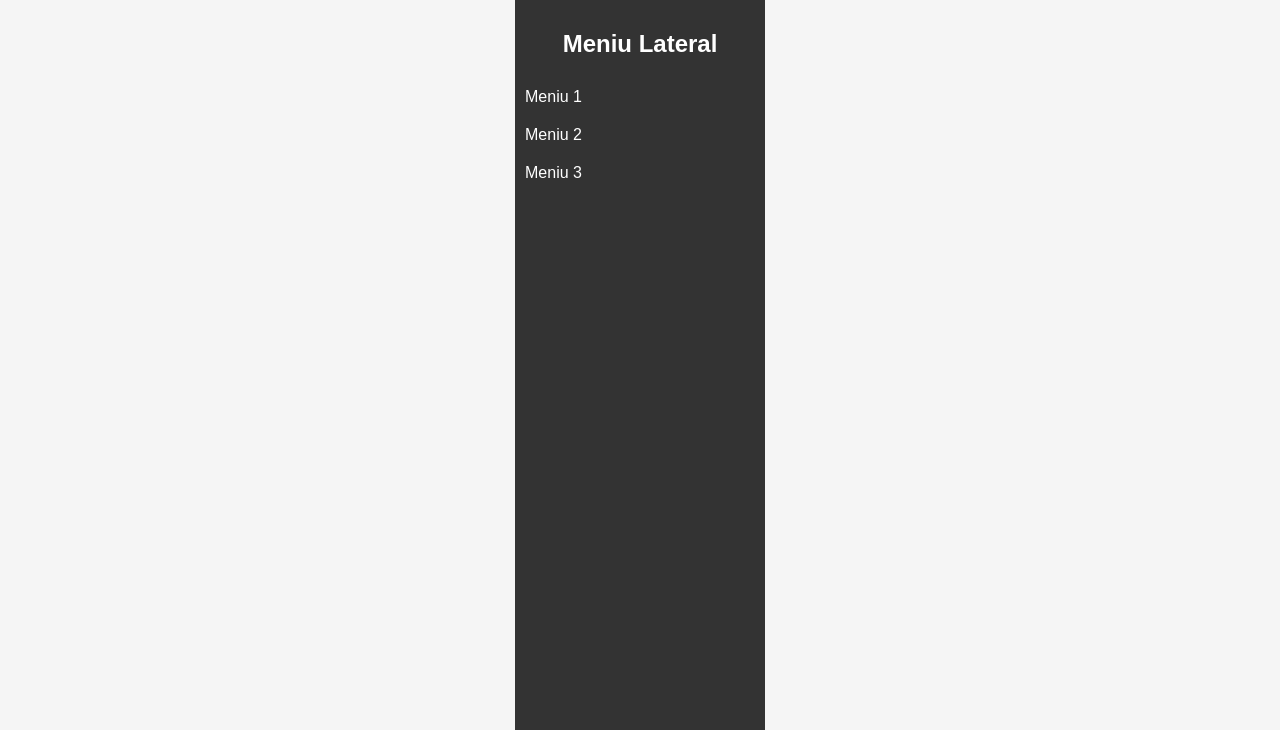
Repository: cipdanila/freeCodeCamp
Page: TechnicalDocumentationPage/test/index.html
The author's editor kept a copy of each file at every save. The page is drawn from the files as they stood at one save, then again after the next save.
The browser window is 1280 px wide. The pictures show the whole page.

Above is the page before, as saved 2023-11-09 16:39:59.

### TechnicalDocumentationPage/test/index.html
<!DOCTYPE html>
<html lang="en">
<head>
    <meta charset="UTF-8">
    <meta name="viewport" content="width=device-width, initial-scale=1.0">
    <title>Meniu Lateral cu Dropdown</title>
    <link rel="stylesheet" href="./style.css">
</head>
<body>
    <nav id="navbar">
        <h2>Meniu Lateral</h2>
        <ul>
            <li><a href="#">Meniu 1</a>
                <ul class="submenu">
                    <li><a href="#">Submeniu 1.1</a></li>
                    <li><a href="#">Submeniu 1.2</a></li>
                    <li><a href="#">Submeniu 1.3</a></li>
                </ul>
            </li>
            <li><a href="#">Meniu 2</a>
                <ul class="submenu">
                    <li><a href="#">Submeniu 2.1</a></li>
                    <li><a href="#">Submeniu 2.2</a></li>
                    <li><a href="#">Submeniu 2.3</a></li>
                </ul>
            </li>
            <li><a href="#">Meniu 3</a>
                <ul class="submenu">
                    <li><a href="#">Submeniu 3.1</a></li>
                    <li><a href="#">Submeniu 3.2</a></li>
                    <li><a href="#">Submeniu 3.3</a></li>
                </ul>
            </li>
        </ul>
    </nav>
</body>
</html>

### TechnicalDocumentationPage/test/style.css
body {
    font-family: Arial, sans-serif;
    margin: 0;
    display: flex;
    justify-content: center;
    align-items: center;
    height: 100vh;
    background-color: #f5f5f5;
}

#navbar {
    background-color: #333;
    color: #fff;
    width: 250px;
    height: 100%;
    padding-top: 20px;
}

#navbar h2 {
    text-align: center;
}

#navbar ul {
    list-style-type: none;
    padding: 0;
}

#navbar li {
    padding: 10px;
    position: relative;
}

#navbar a {
    color: #fff;
    text-decoration: none;
}

.submenu {
    display: none;
    position: absolute;
    left: 100%;
    top: 0;
}

#navbar li:hover .submenu {
    display: block;
    background-color: #333;
}

After the next save:
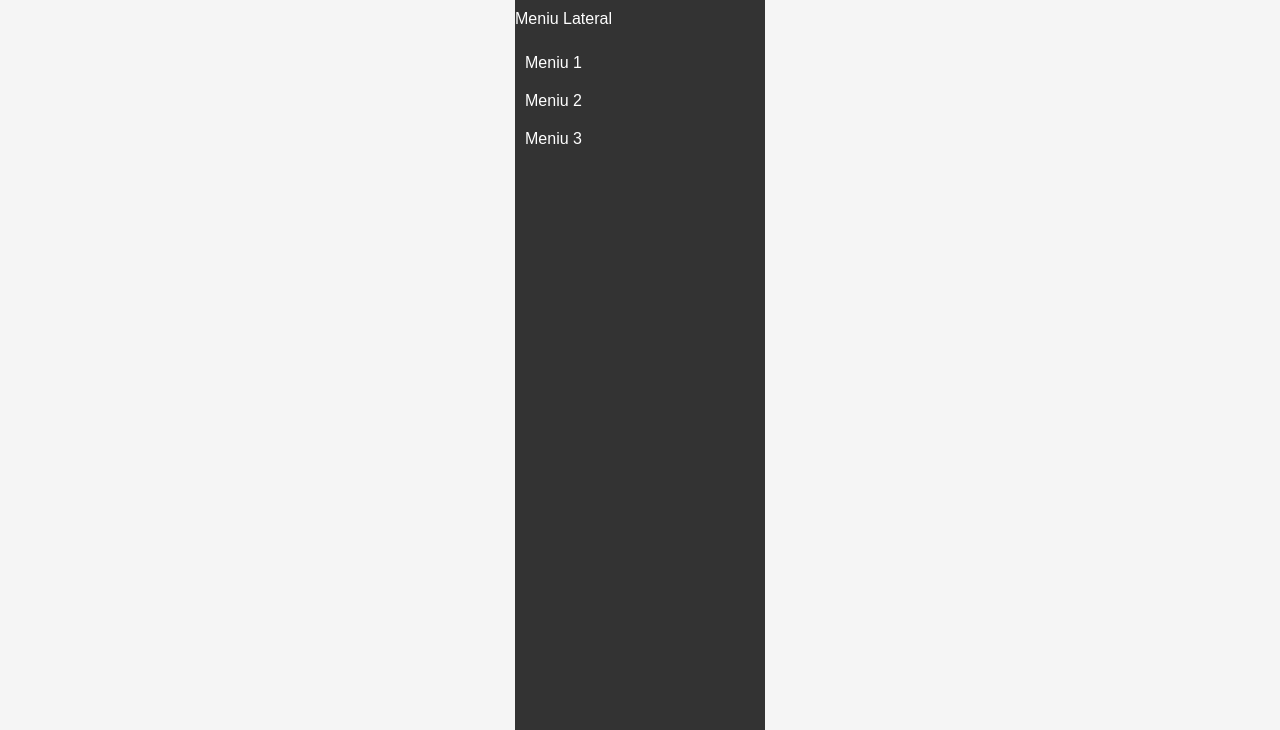
Saved 26 s later.
--- a/TechnicalDocumentationPage/test/index.html
+++ b/TechnicalDocumentationPage/test/index.html
@@ -8,7 +8,7 @@
 </head>
 <body>
     <nav id="navbar">
-        <h2>Meniu Lateral</h2>
+        <header>Meniu Lateral</header>
         <ul>
             <li><a href="#">Meniu 1</a>
                 <ul class="submenu">
